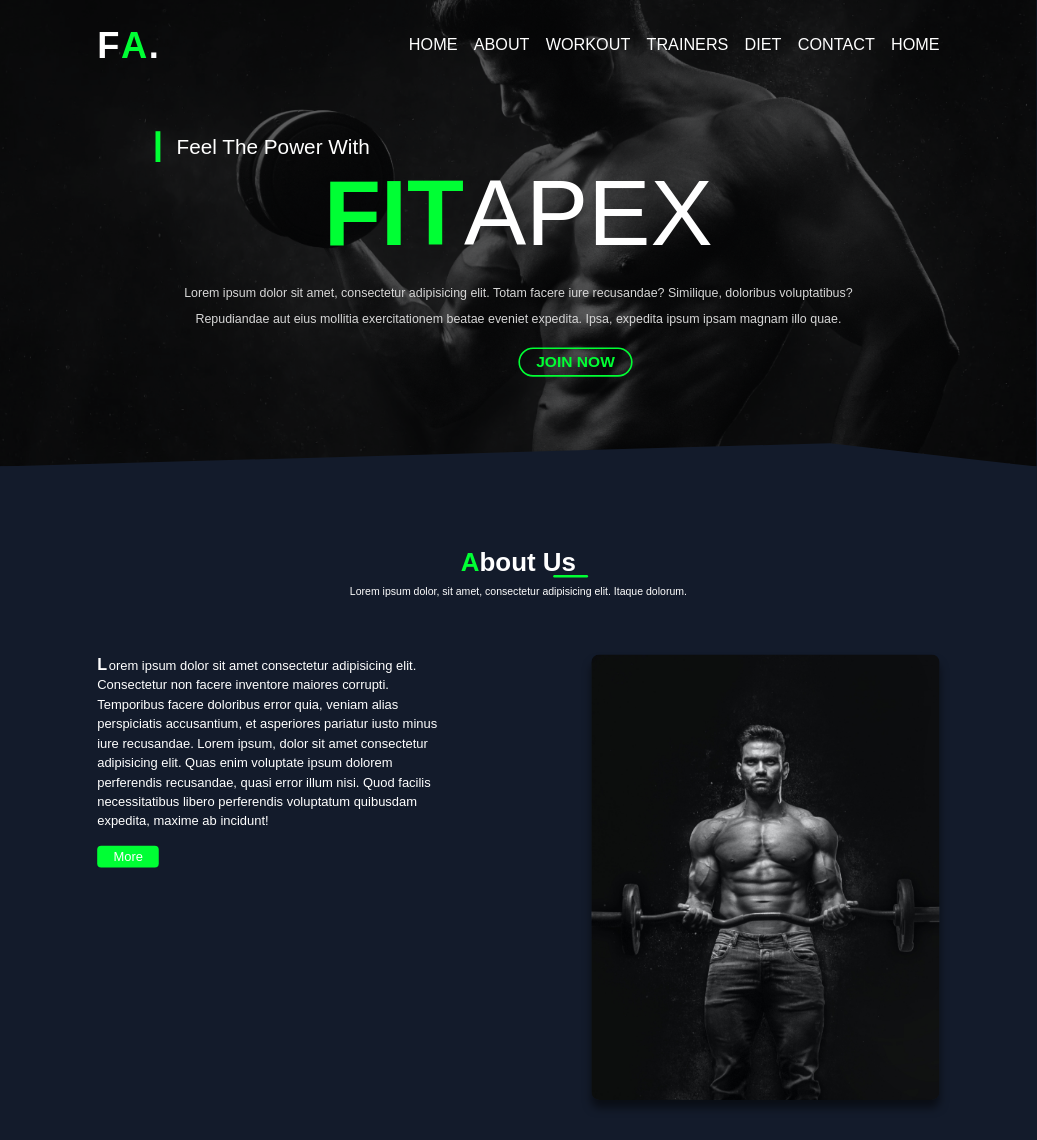
Repository: guilhermecardoso93/fitapex
Page: index.html
An editor plug-in stored every save of this project. The page is shown before and after the next save, followed by the edit.
The browser window is 1280 px wide. The pictures show the whole page, at 81% of full size.

Above is the page before, as saved 2023-03-05 21:28:24.

After the next save:
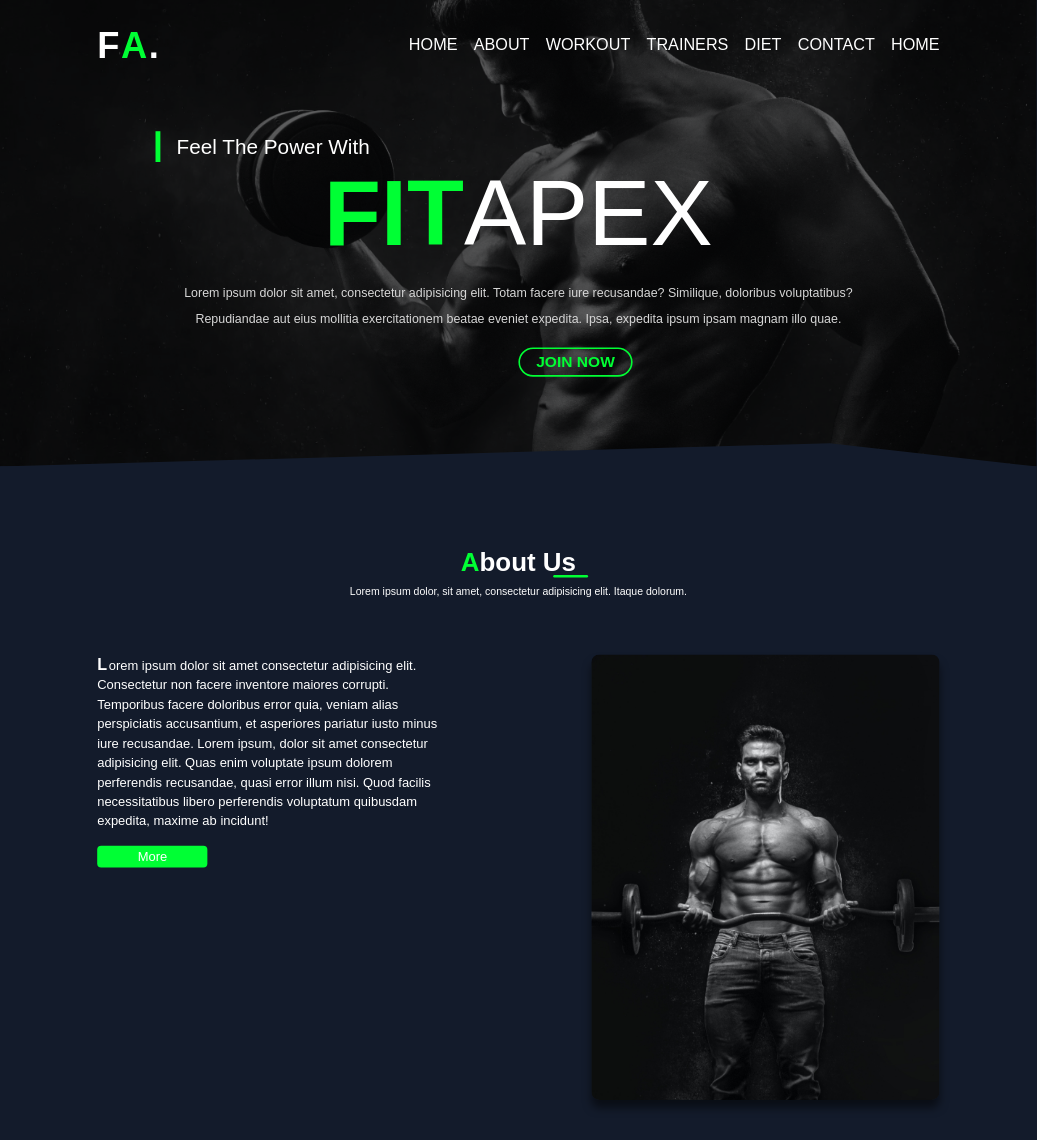
Saved 15 s later.
--- a/css/_about.css
+++ b/css/_about.css
@@ -60,7 +60,7 @@ span {
   top: 20px;
   color: #fff;
   background-color: var(--prime);
-  padding: 5px 20px;
+  padding: 5px 50px;
   border-radius: 5px;
   text-decoration: none;
   text-weight: 500;
